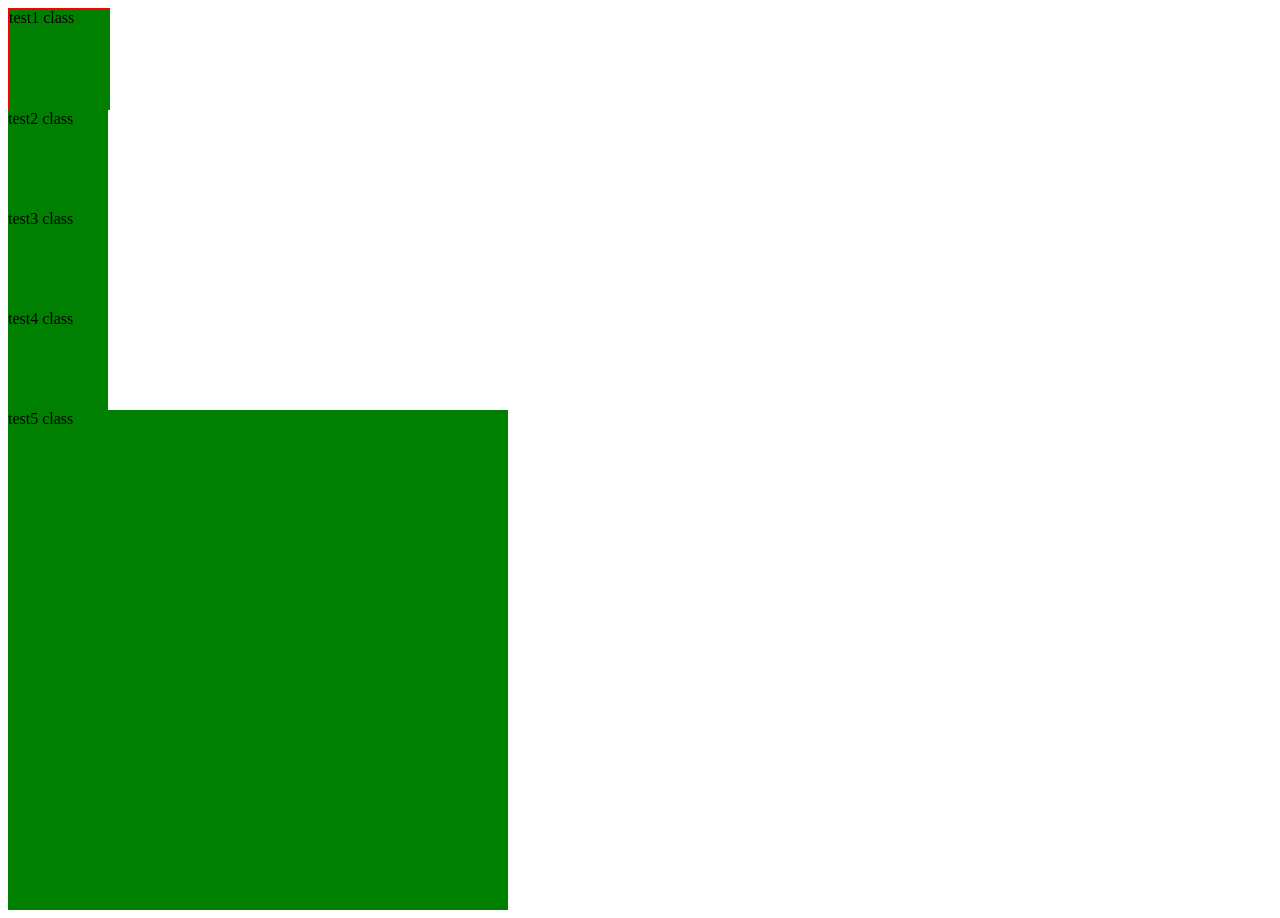
Repository: yuj1818/Hustar_JavaScript
Page: edu/edu/view/test.html
An editor plug-in stored every save of this project. The page is shown before and after the next save, followed by the edit.
The browser window is 1280 px wide. The pictures show the whole page.

Above is the page before, as saved 2022-05-31 01:19:59.

### edu/edu/view/test.html
<!DOCTYPE html>
<html>
	<head>
		<meta charset="EUC-KR">
		<title>HTML 및 Javascipt 교육</title>
		<style>
			.test_class{
				border: 1px solid dotted; background-color:blue; width: 100px; height: 100px;
			}
			#test_id{
				width: 500px; height: 500px;
			}
			div {
				background-color: green !important;
			}
		</style>
	</head>
	<body>
		<div style="border: 1px solid red; background-color:red; width: 100px; height: 100px;">
			test1 class
		</div>

		<div class="test_class">
			test2 class
		</div>

		<div class="test_class">
			test3 class
		</div>

		<div class="test_class">
			test4 class
		</div>

		<div class="test_class" id="test_id">
			test5 class
		</div>
	</body>
	<script>
		var data = 1;
		var data2 = 3;
		console.log("data + data2: ", data + data2);
		test_function(data,data2);

		function test_function (data, data2) {
			console.log("test_functon - data + data2: ", data + data2);
		}
	</script>
</html>

After the next save:
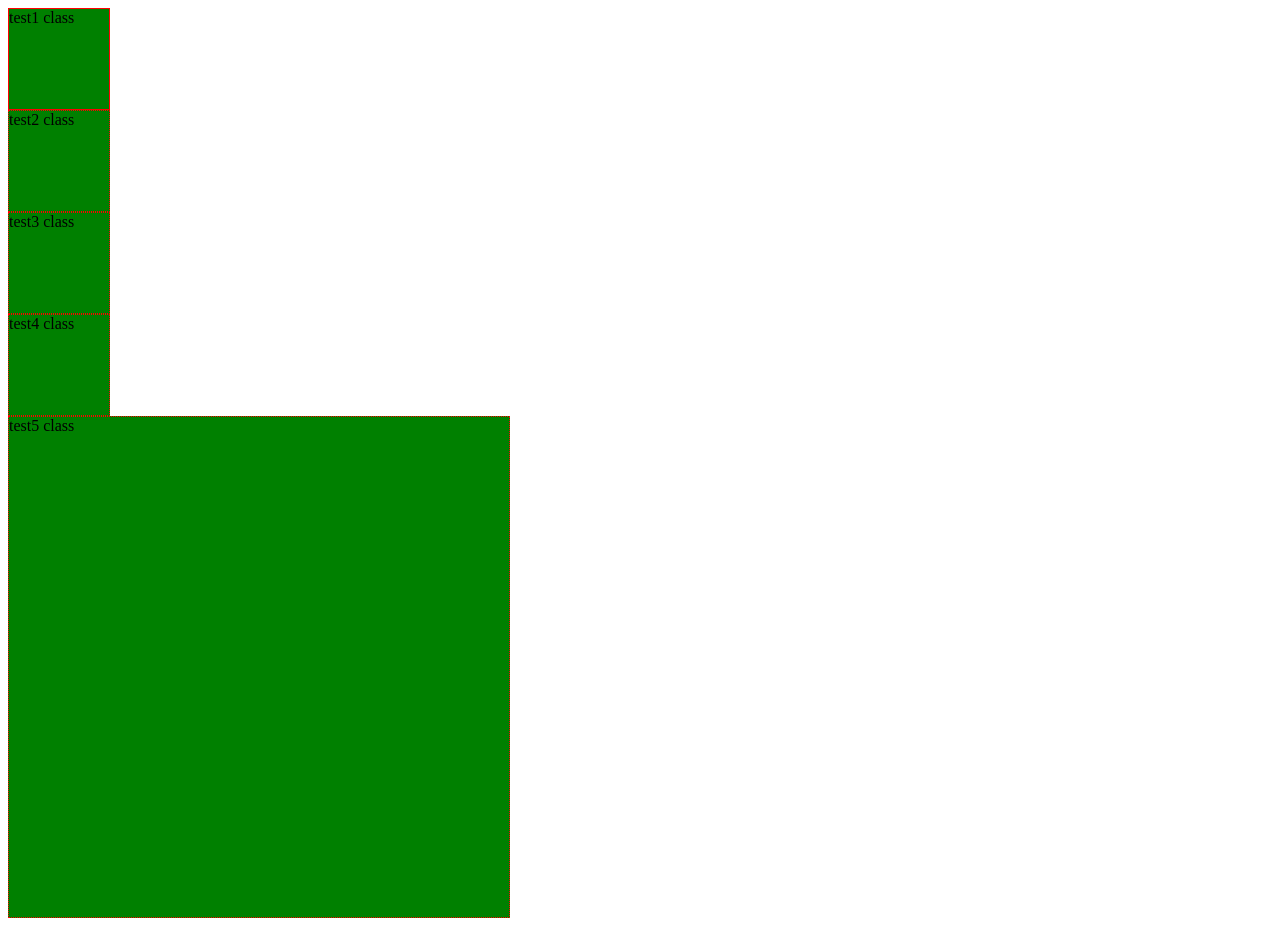
Saved 15 s later.
--- a/edu/edu/view/test.html
+++ b/edu/edu/view/test.html
@@ -5,7 +5,7 @@
 		<title>HTML 및 Javascipt 교육</title>
 		<style>
 			.test_class{
-				border: 1px solid dotted; background-color:blue; width: 100px; height: 100px;
+				border: 1px dotted red; background-color:blue; width: 100px; height: 100px;
 			}
 			#test_id{
 				width: 500px; height: 500px;
